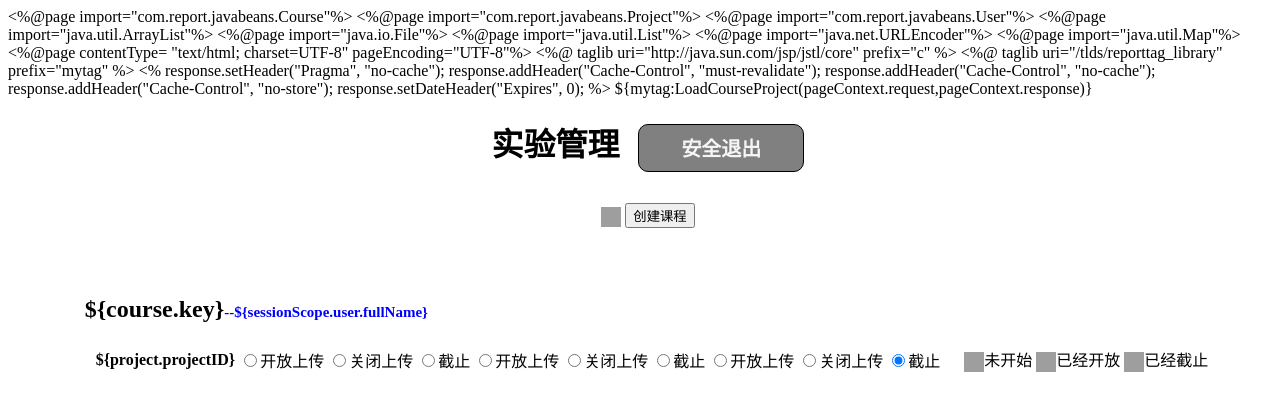
Repository: IAmJiangWenHao/ReportServer
Page: demo.html
An editor plug-in stored every save of this project. The page is shown before and after the next save, followed by the edit.
The browser window is 1280 px wide. The pictures show the whole page.
Pictures or frames that could not be fetched are drawn as grey boxes.

Above is the page before, as saved 2023-05-17 22:30:02.

After the next save:
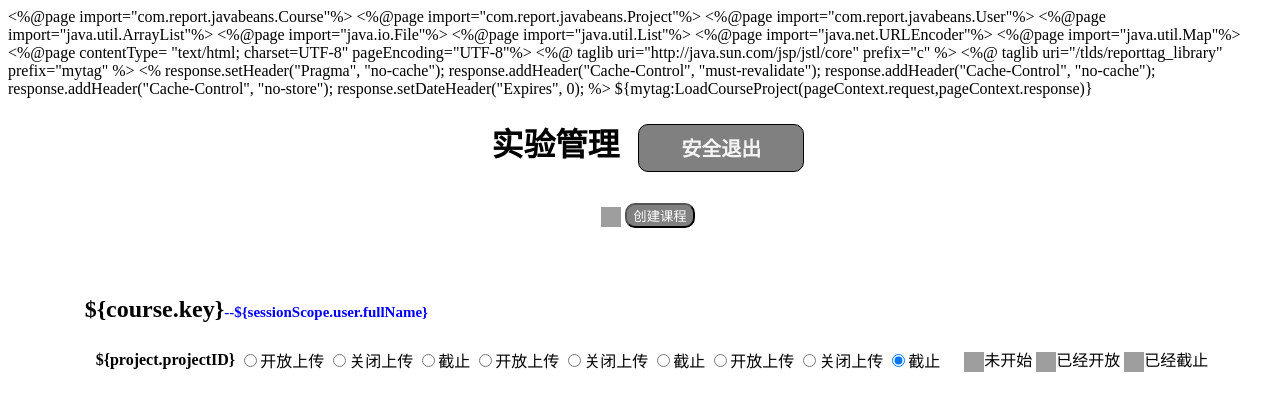
Saved 107 s later.
--- a/demo.html
+++ b/demo.html
@@ -204,7 +204,9 @@
     align-items: center;" href="../exit">安全退出</a></font></h1>
       <p>
         <img style="vertical-align: middle;height:20px" alt="" width="20" src="../img/new.png"/>
-        <input type="button" value="创建课程" onclick="createCourse()">
+        <input style="background-color: grey;
+        color: white;
+        border-radius: 10px;" type="button" value="创建课程" onclick="createCourse()">
       <div id="createCourse">
 
       </div>
